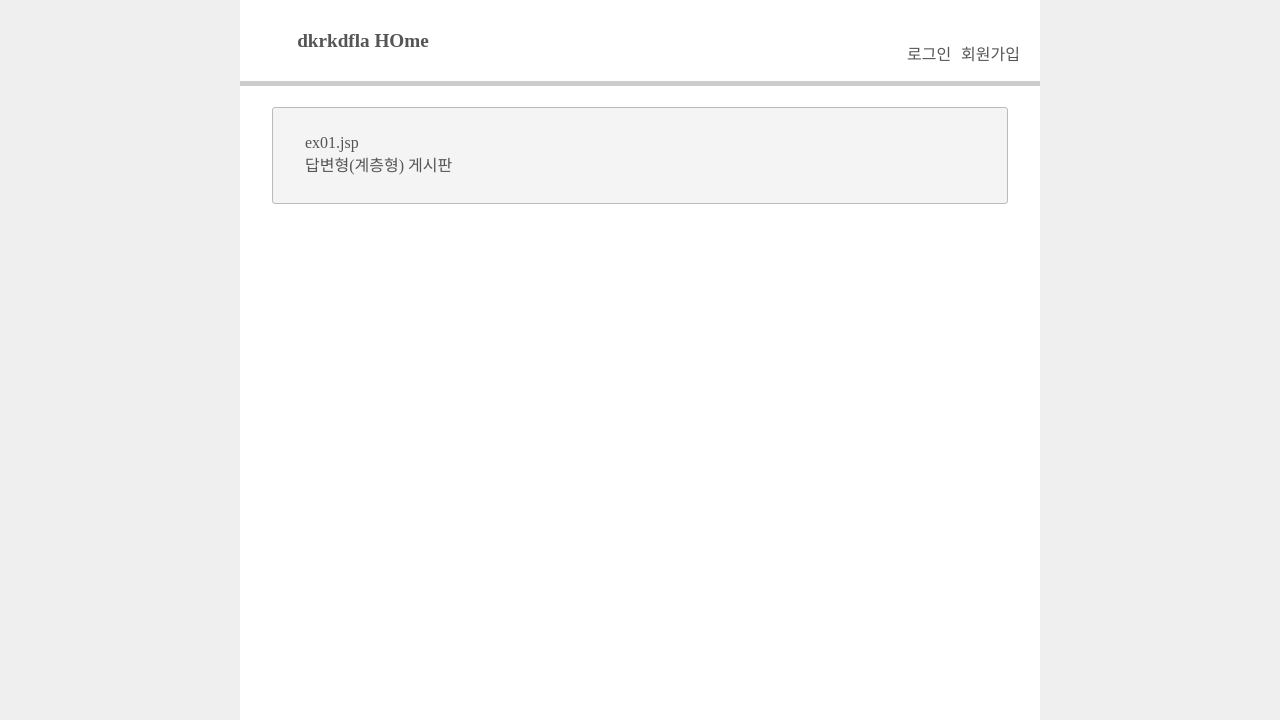
Repository: Dusajang/JSPClass
Page: http://localhost/jspPro/days13/ex01.jsp
The author's editor kept a copy of each file at every save. The page is drawn from the files as they stood at one save, then again after the next save.
The browser window is 1280 px wide. The pictures show the whole page.
Some web fonts or font styles are not loaded; a fallback is used. The page is served by Tomcat 9.

Above is the page before, as saved 2024-10-30 00:02:38.

After the next save:
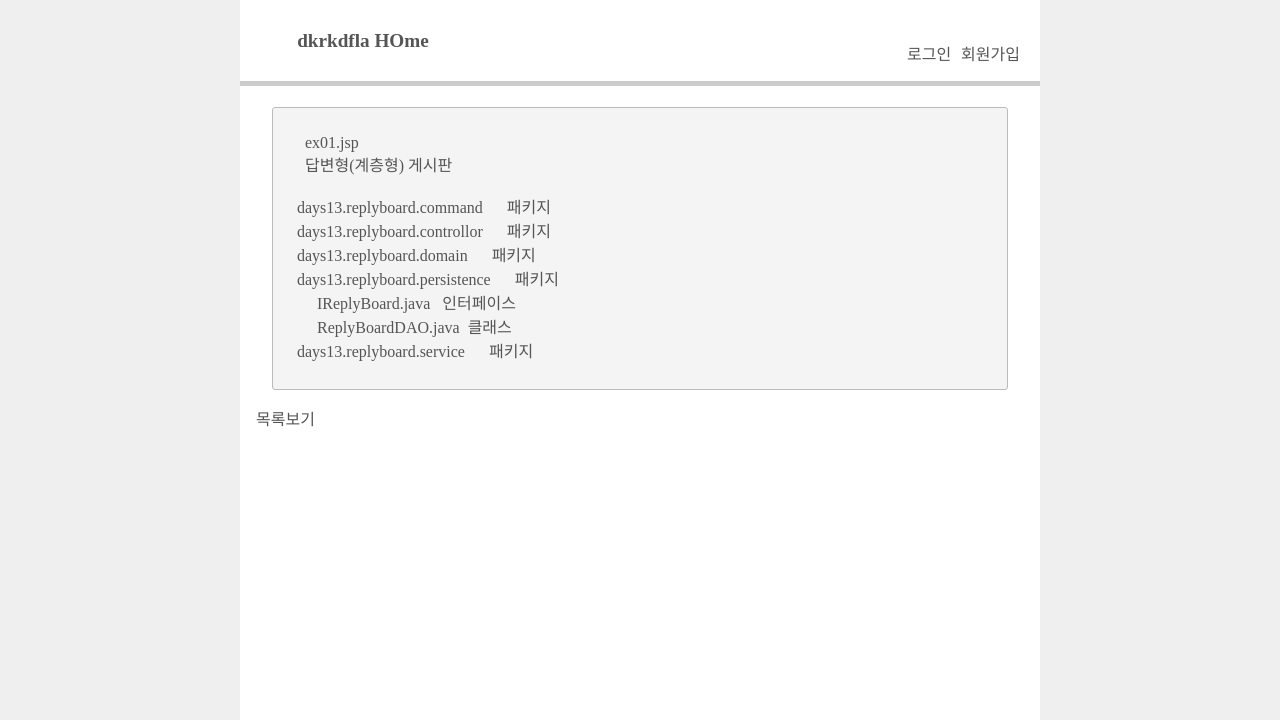
Saved 16 min 12 s later.
--- a/jspPro/src/main/webapp/days13/ex01.jsp
+++ b/jspPro/src/main/webapp/days13/ex01.jsp
@@ -30,7 +30,18 @@
   <xmp class="code">
     ex01.jsp
     답변형(계층형) 게시판
+
+  days13.replyboard.command      패키지
+  days13.replyboard.controllor      패키지
+  days13.replyboard.domain      패키지
+  days13.replyboard.persistence      패키지
+       IReplyBoard.java   인터페이스
+       ReplyBoardDAO.java  클래스
+  days13.replyboard.service      패키지
   </xmp>
+
+  <a href="/jspPro/days13/replyboard/list.do">목록보기</a><br>
+
 </div>
 </body>
 </html>
